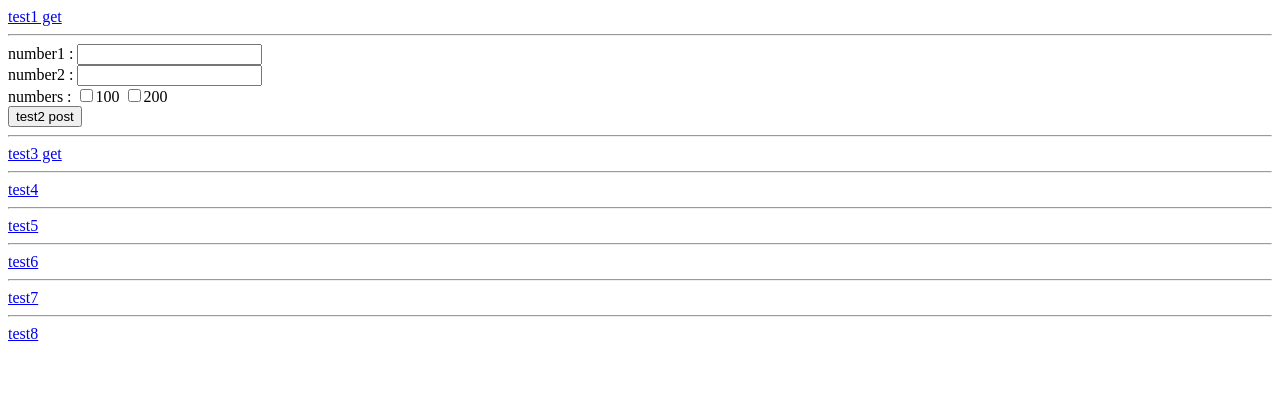
Repository: heojun0827/SpringMvc
Page: http://localhost/GetParameter/WEB-INF/views/index.jsp
The author's editor kept a copy of each file at every save. The page is drawn from the files as they stood at one save, then again after the next save.
The browser window is 1280 px wide. The pictures show the whole page.
The page is served by Tomcat 9. Nobody is signed in. The template is opened directly, without the code that normally fills it, so the values that code supplies are empty.

Above is the page before, as saved 2023-06-05 07:30:07.

After the next save:
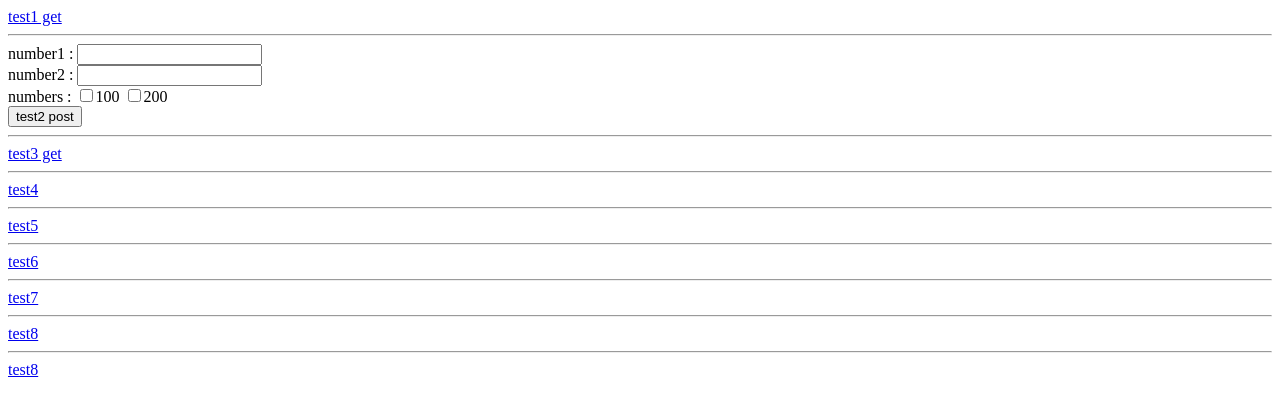
Saved 20 s later.
--- a/GetParameter/WebContent/WEB-INF/views/index.jsp
+++ b/GetParameter/WebContent/WEB-INF/views/index.jsp
@@ -29,5 +29,7 @@
 	<a href='test7?num1=11&num2=22&nums=33&nums=44'>test7</a><br>
 	<hr>
 	<a href='test8?num1=11&num2=22&nums=33&nums=44'>test8</a><br>
+		<hr>
+	<a href='test8?num1=11&num2=22&nums=33&nums=44'>test8</a><br>
 </body>
 </html>
